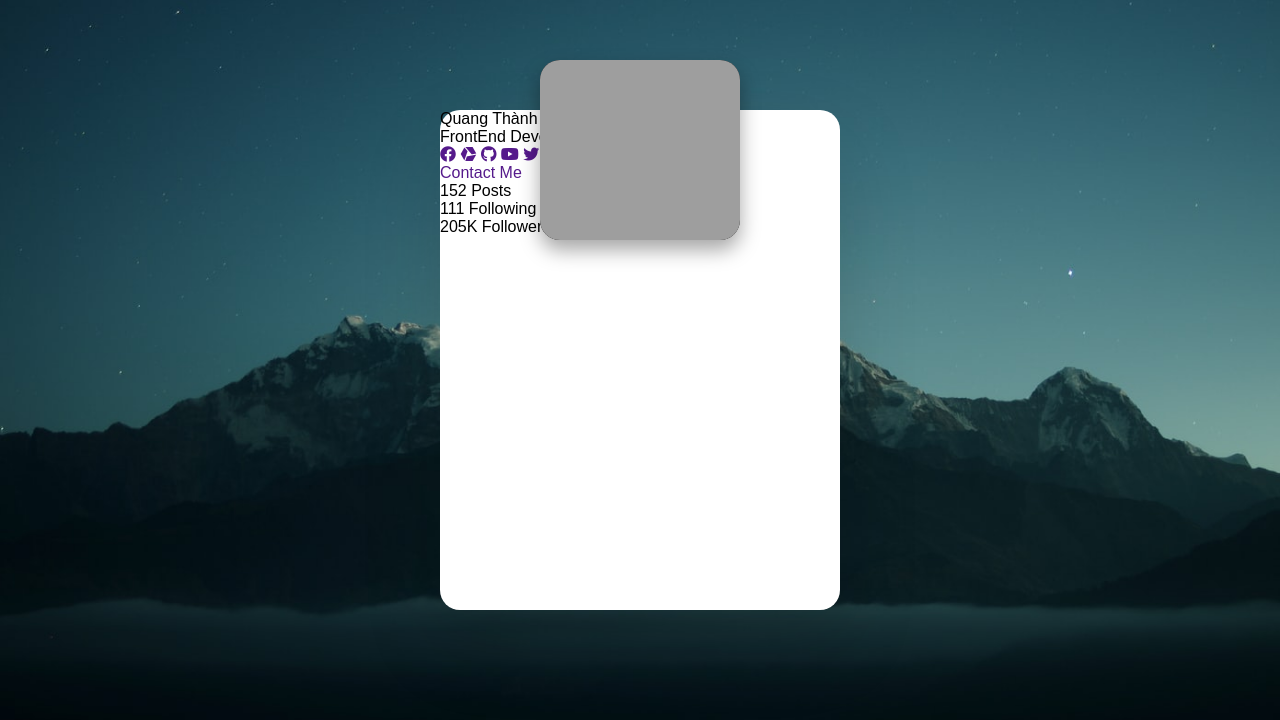
Repository: QuangThanh152/Profile-me
Page: index.html
The author's editor kept a copy of each file at every save. The page is drawn from the files as they stood at one save, then again after the next save.
The browser window is 1280 px wide. The pictures show the whole page.
Pictures or frames that could not be fetched are drawn as grey boxes.

Above is the page before, as saved 2022-10-07 15:07:26.

After the next save:
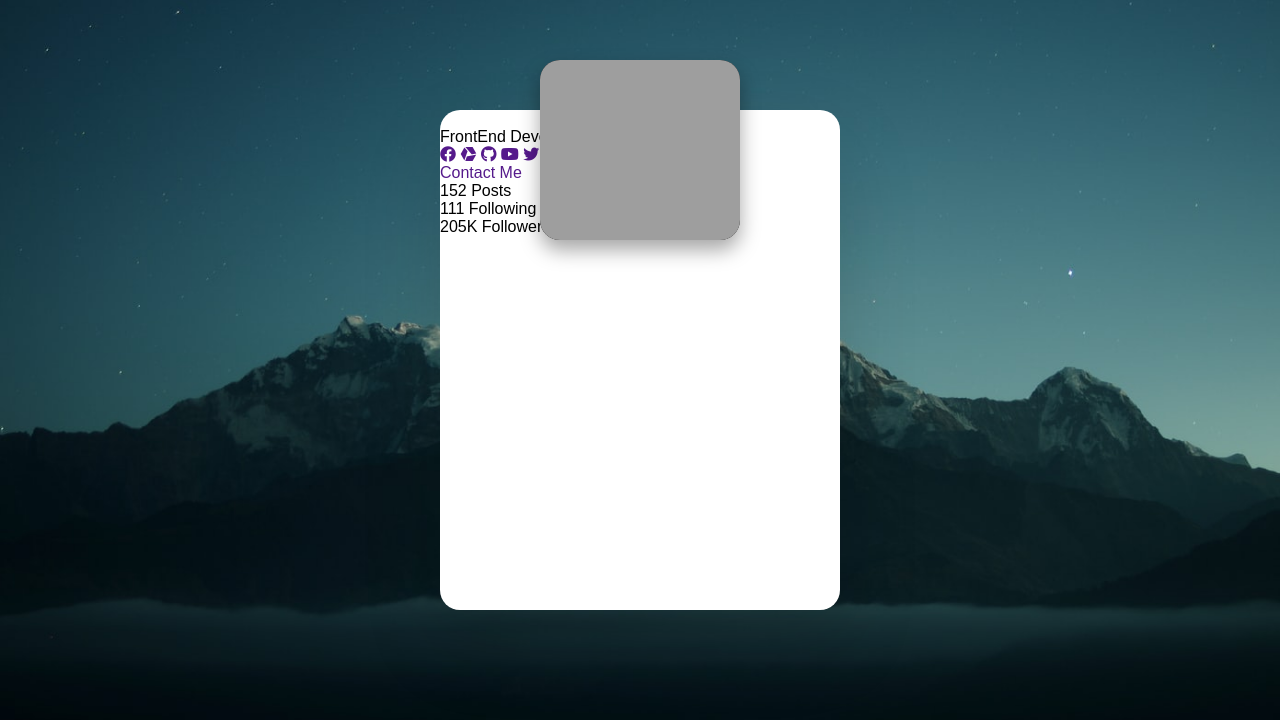
Saved 58 s later.
--- a/accets/main.css
+++ b/accets/main.css
@@ -54,3 +54,8 @@ body {
     height: 100%;
     object-fit: cover;
 }
+
+.name {
+    text-align: center;
+    align-items: center;
+}
